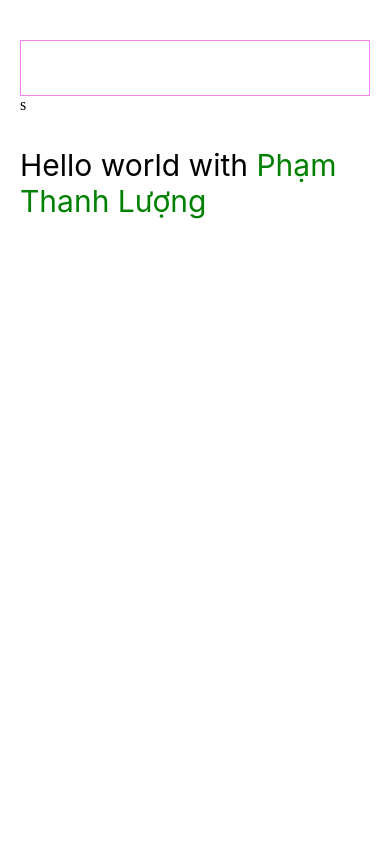
Repository: LuongPTCE181311/React-Native-Ultimate
Screen: /
These files come from the project's save history. The screen is drawn as it stood at one moment and after the next save; the edit follows.
The app was drawn by React Native's web renderer in a window 390 px wide. The project was rebuilt for these pictures with package versions that can differ from the ones it lists, and the page was loaded fresh each time. Some packages were replaced by stand-ins written for this rebuild.

Above is the screen before, as saved 2026-05-30 15:58:47.

### App.tsx
import { StatusBar } from 'expo-status-bar';
import { useState } from 'react';
import { Button, StyleSheet, Text, TextInput, View } from 'react-native';



export default function App() {

  const [name, setName] = useState<string>("");

  const [person, setPerson] = useState<{
    name: string;
    age: number;
  }>({
    name: "hoi dan it",
    age: 32
  })
  return (
    <View style={styles.container}>
      <View>
        <TextInput
         keyboardType='ascii-capable'
         multiline={true}
         onChangeText={value => setName(value)}
         value={name}
         style={styles.borderInput}/>
        <Text style={styles.text} >{name}</Text>s
      </View>

      <Button title='Add new' color={"ｇれえ"}/>

      <Text style={styles.text2}>Hello world with
        <Text style={styles.greenColor}> Phạm Thanh Lượng</Text>
      </Text>
    </View>
  );
}

const styles = StyleSheet.create({
  greenColor: {
    color: "green"
  },
  text: {
    fontSize: 30,
    color: "red"
  },
  text2: {
    fontSize: 30
  },
  container: {
    flex: 1,
    backgroundColor: '#fff',
    // alignItems: 'center',
    // justifyContent: 'center'
    paddingHorizontal: 20,
    paddingTop: 40,
  },
  borderInput: {
    borderColor: "violet",
    borderWidth: 1,
    padding: 10
  }
});

Loaded but not shown: index.ts (common file)

After the next save:
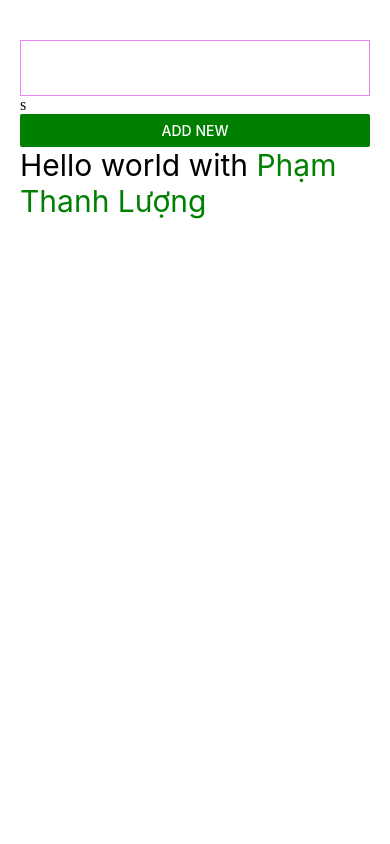
Saved 8 s later.
--- a/App.tsx
+++ b/App.tsx
@@ -27,7 +27,7 @@ export default function App() {
         <Text style={styles.text} >{name}</Text>s
       </View>
 
-      <Button title='Add new' color={"ｇれえ"}/>
+      <Button title='Add new' color={"green"}/>
 
       <Text style={styles.text2}>Hello world with
         <Text style={styles.greenColor}> Phạm Thanh Lượng</Text>
